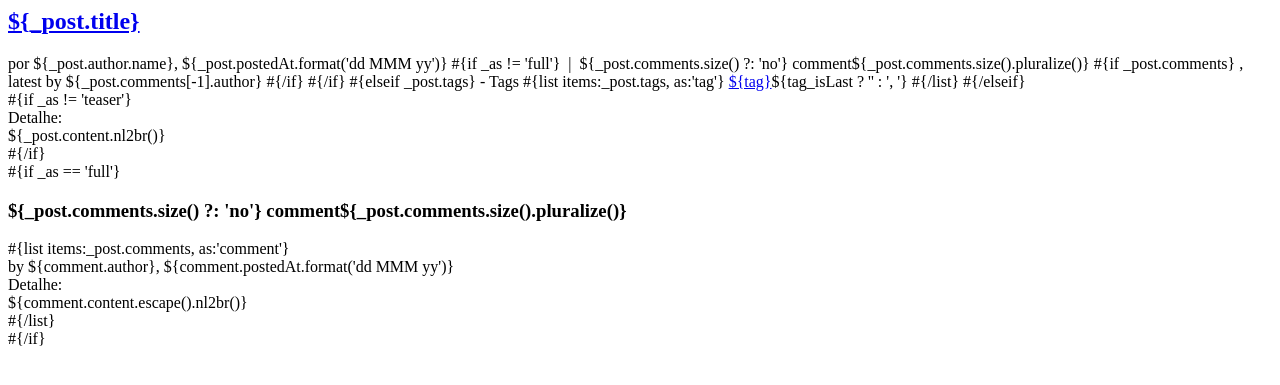
Repository: danilofonte/playframework-tutorial
Page: Myapp/app/views/tags/display.html
An editor plug-in stored every save of this project. The page is shown before and after the next save, followed by the edit.
The browser window is 1280 px wide. The pictures show the whole page.

Above is the page before, as saved 2014-02-04 19:02:39.

After the next save:
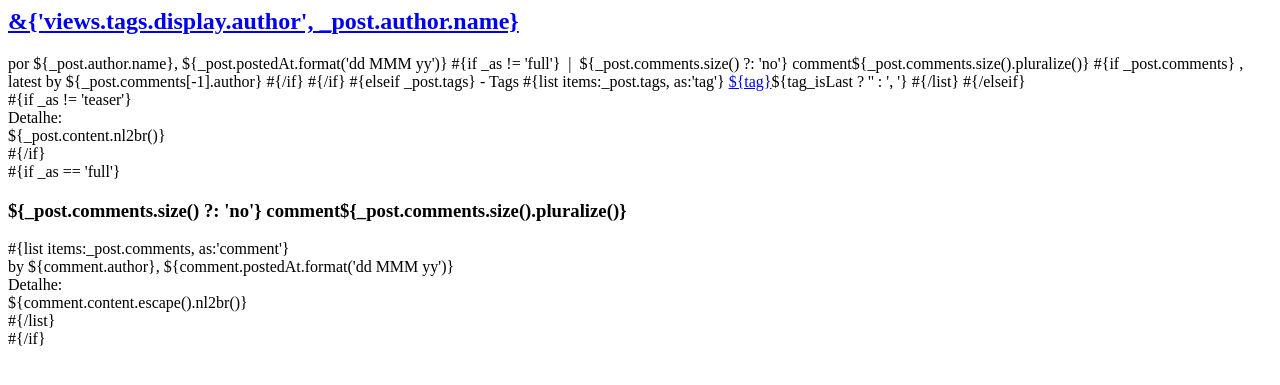
Saved 34 min 34 s later.
--- a/Myapp/app/views/tags/display.html
+++ b/Myapp/app/views/tags/display.html
@@ -1,6 +1,6 @@
 <div class="post ${_as == 'teaser' ? 'teaser' : ''}">
     <h2 class="post-title">
-        <a href="@{Application.show(_post.id)}">${_post.title}</a>
+        <a href="@{Application.show(_post.id)}">&{'views.tags.display.author', _post.author.name}</a>
     </h2>
     <div class="post-metadata">
         <span class="post-author">por ${_post.author.name}</span>,
